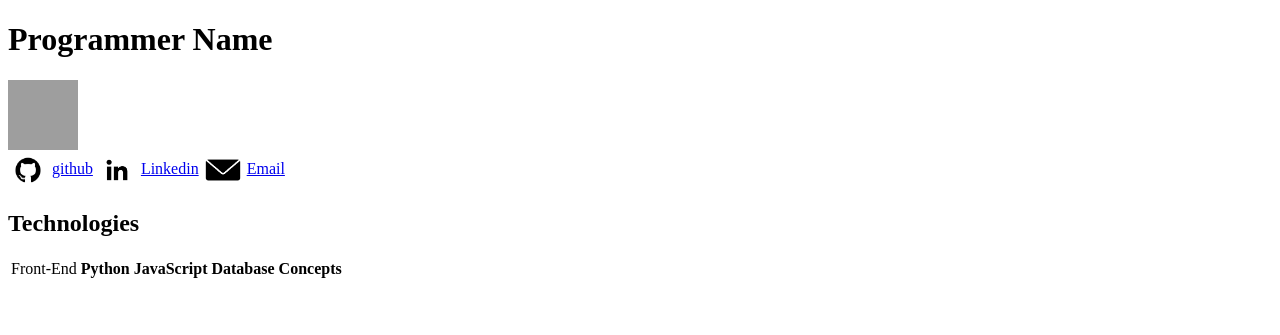
Repository: Fredy452/Fundamentos_de_la_Web
Page: Trabajos/Portafolio/index.html
The author's editor kept a copy of each file at every save. The page is drawn from the files as they stood at one save, then again after the next save.
The browser window is 1280 px wide. The pictures show the whole page.
Pictures or frames that could not be fetched are drawn as grey boxes.

Above is the page before, as saved 2023-06-14 21:08:37.

After the next save:
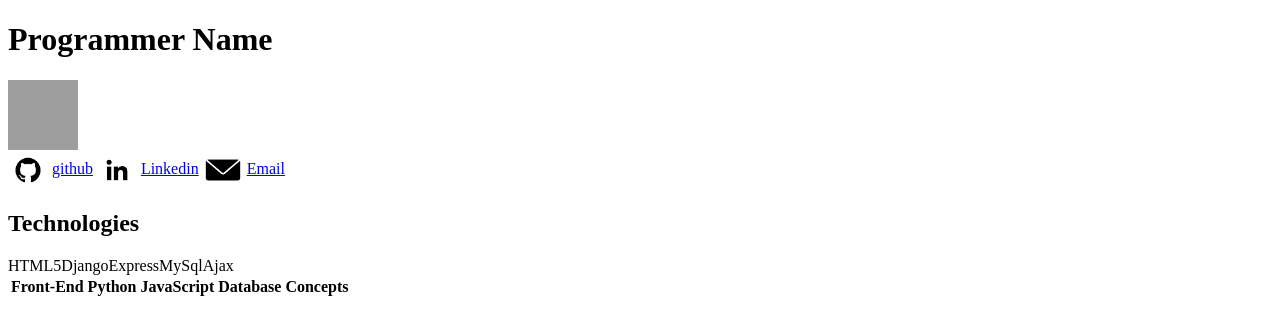
Saved 90 s later.
--- a/Trabajos/Portafolio/index.html
+++ b/Trabajos/Portafolio/index.html
@@ -24,13 +24,19 @@
         <h1>Technologies</h1>
         <table>
             <thead>
-                <td>Front-End</td>
+                <th>Front-End</th>
                 <th>Python</th>
                 <th>JavaScript</th>
                 <th>Database</th>
                 <th>Concepts</th>
             </thead>
-
+            <tbody>
+                <tr>HTML5</tr>
+                <tr>Django</tr>
+                <tr>Express</tr>
+                <tr>MySql</tr>
+                <tr>Ajax</tr>
+            </tbody>
         </table>
     </section>
 </body>
